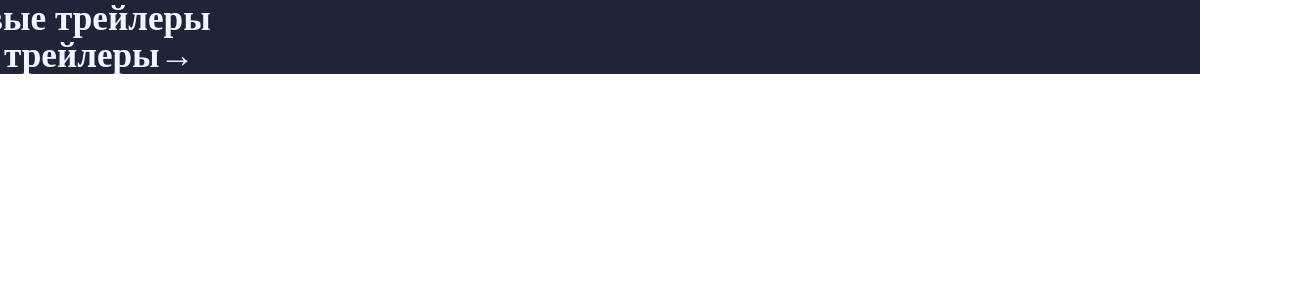
Repository: KHANas02/code
Page: index.html
These files come from the project's save history. The page is drawn as it stood at one moment and after the next save; the edit follows.
The browser window is 1280 px wide. The page is 1280 px wide, then 1313 px, so the pictures cover 1313 px, including what lies to the right of the window. The pictures show the whole page.

Above is the page before, as saved 2024-03-14 13:37:41.

### index.html
<!DOCTYPE html>
<html lang="en">
<head>
    <meta charset="UTF-8">
    <meta name="viewport" content="width=device-width, initial-scale=1.0">
    <title>Document</title>
    <link rel="stylesheet" href="./style.css">
</head>
<body>
        <div class="divONE">
      <b><h1 class="text1">Новые трейлеры</h1></b>
      <b><h1 class="text2">Все трейлеры→</h1></b>
      <div class="divI">










</body>
</html>

### style.css
* {
  padding: 0;
  margin: 0;
  box-sizing: border-box;
}
h1 {
  transform: scale(1.1);
}
.divONE {
  width: 1200px;
  height: ;
  background-color: #1e2538;
}
h1 {
  color: aliceblue;
}

After the next save:
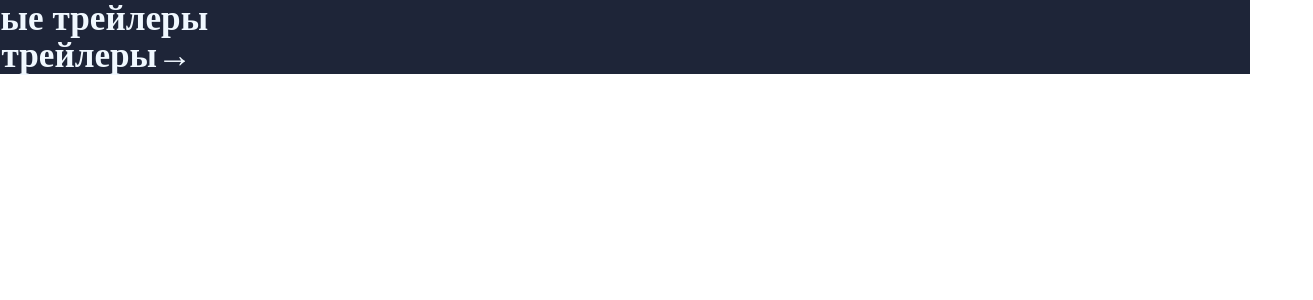
Saved 5 s later.
--- a/style.css
+++ b/style.css
@@ -7,7 +7,7 @@
   transform: scale(1.1);
 }
 .divONE {
-  width: 1200px;
+  width: 1250px;
   height: ;
   background-color: #1e2538;
 }
